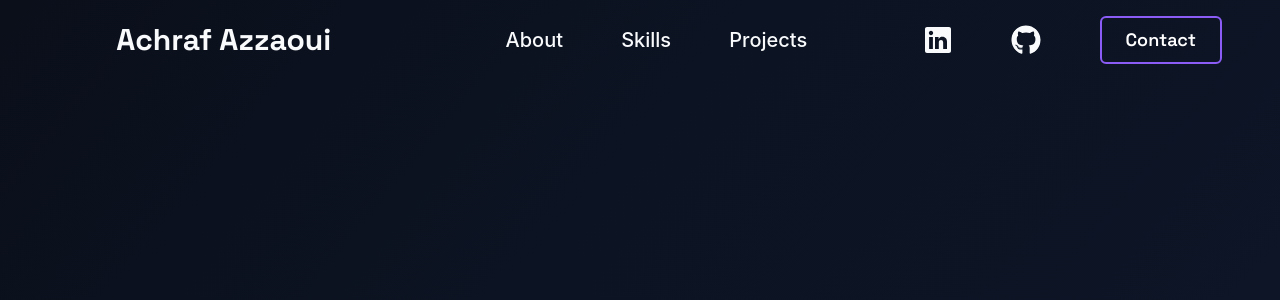
Repository: AchrafAzzaoui/Portfolio-Website
Page: / (app in achrafs-portfolio/)
The author's editor kept a copy of each file at every save. The page is drawn from the files as they stood at one save, then again after the next save.
The browser window is 1280 px wide. The pictures show the whole page.
Some web fonts or font styles are not loaded; a fallback is used. The project was rebuilt for these pictures with package versions that can differ from the ones it lists, and the page was loaded fresh each time. Also part of the build but not shown: achrafs-portfolio/vite.config.ts.

Above is the page before, as saved 2025-01-03 15:27:36.

After the next save:
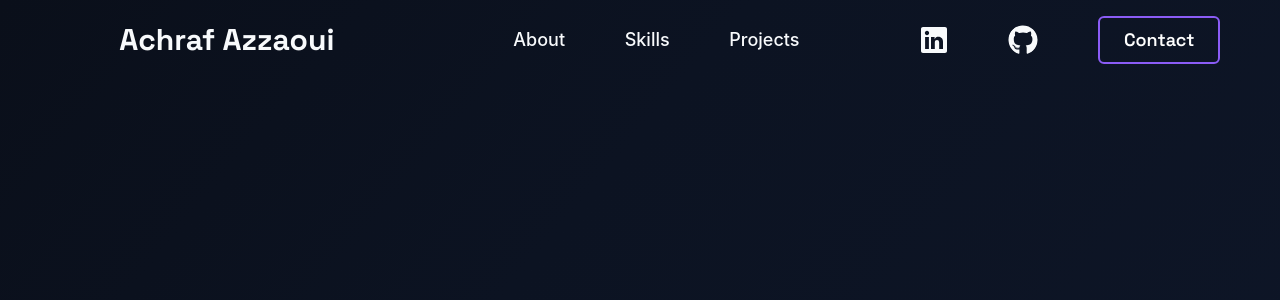
Saved 22 s later.
--- a/achrafs-portfolio/src/components/layout/Header.tsx
+++ b/achrafs-portfolio/src/components/layout/Header.tsx
@@ -19,21 +19,21 @@ export default function Header() {
           <a
             href="#about"
             target="_blank"
-            className="font-sans font-medium text-dark-text-primary text-xl transition-transform duration-300 hover:-translate-y-0.5"
+            className="font-sans font-medium text-dark-text-primary text-lg transition-transform duration-300 hover:-translate-y-0.5"
           >
             About
           </a>
           <a
             href="#skills"
             target="_blank"
-            className="font-sans font-medium text-dark-text-primary text-xl transition-transform duration-300 hover:-translate-y-0.5"
+            className="font-sans font-medium text-dark-text-primary text-lg transition-transform duration-300 hover:-translate-y-0.5"
           >
             Skills
           </a>
           <a
             href="#projects"
             target="_blank"
-            className="font-sans font-medium text-dark-text-primary text-xl transition-transform duration-300 hover:-translate-y-0.5"
+            className="font-sans font-medium text-dark-text-primary text-lg transition-transform duration-300 hover:-translate-y-0.5"
           >
             Projects
           </a>
